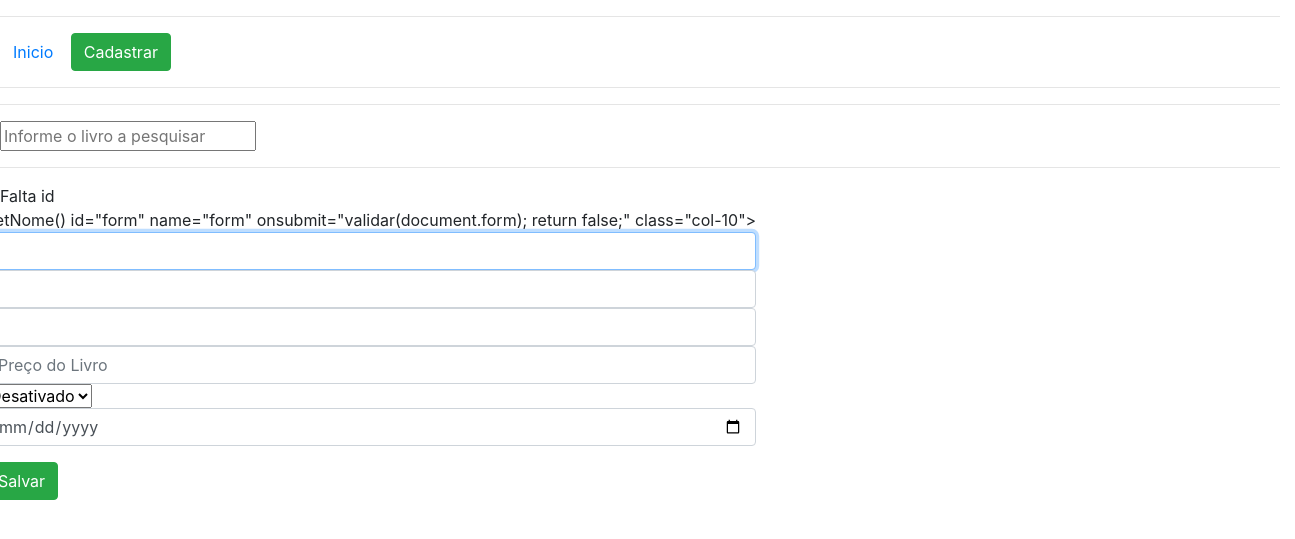
Repository: zz4fff/CRUD-MVC-PHP
Page: http://localhost/view/editar.php
An editor plug-in stored every save of this project. The page is shown before and after the next save, followed by the edit.
The browser window is 1280 px wide. The page is 1295 px wide, then 1280 px, so the pictures cover 1295 px, including what lies to the right of the window. The pictures show the whole page.
The page is run by PHP 8.4 with error messages shown; the project is at /var/www/html/.

Above is the page before, as saved 2025-01-31 13:40:32.

After the next save:
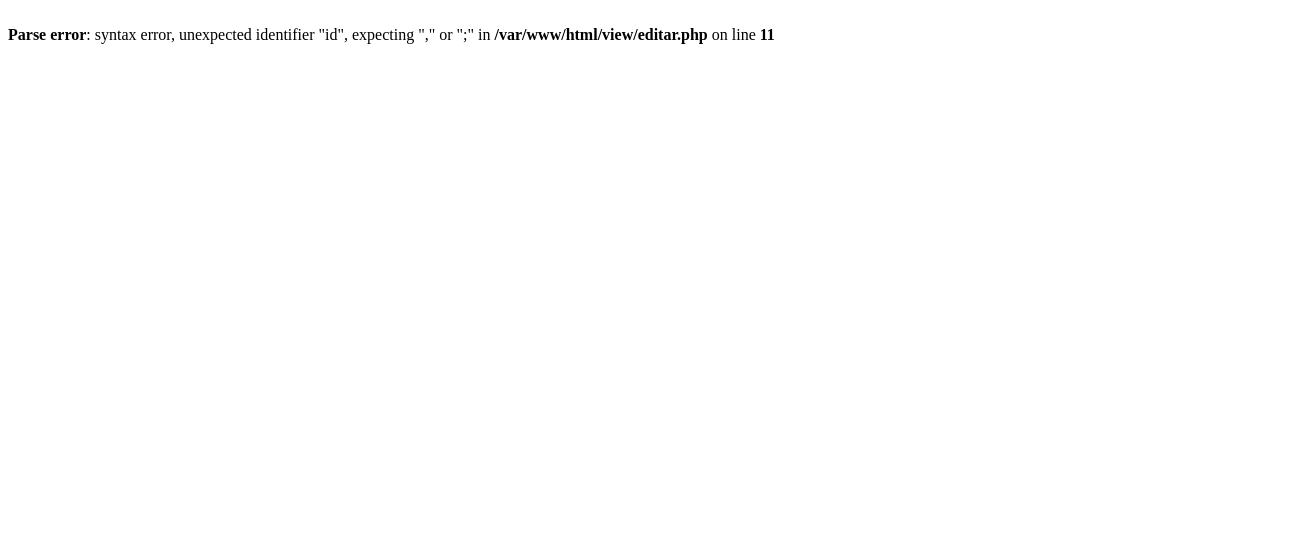
Saved 53 s later.
--- a/view/editar.php
+++ b/view/editar.php
@@ -8,7 +8,7 @@
   <?php require_once("../controller/ControllerEditar.php"); ?>
 
   <div class="row">
-    <form method="post" action="../controller/ControllerEditar.php?id=".$editar->getNome() id="form" name="form" onsubmit="validar(document.form); return false;" class="col-10">
+    <form method="post" action=<?php echo "../controller/ControllerEditar.php?id=".$editar->getNome() id="form" name="form" onsubmit="validar(document.form); return false;" class="col-10">
       <div class="form-group">
         <input class="form-control" type="text" id="nome" name="nome" value="<?php echo $editar->getNome(); ?>" required autofocus>
         <input class="form-control" type="text" id="autor" name="autor" value="<?php echo $editar->getAutor(); ?>" required>
